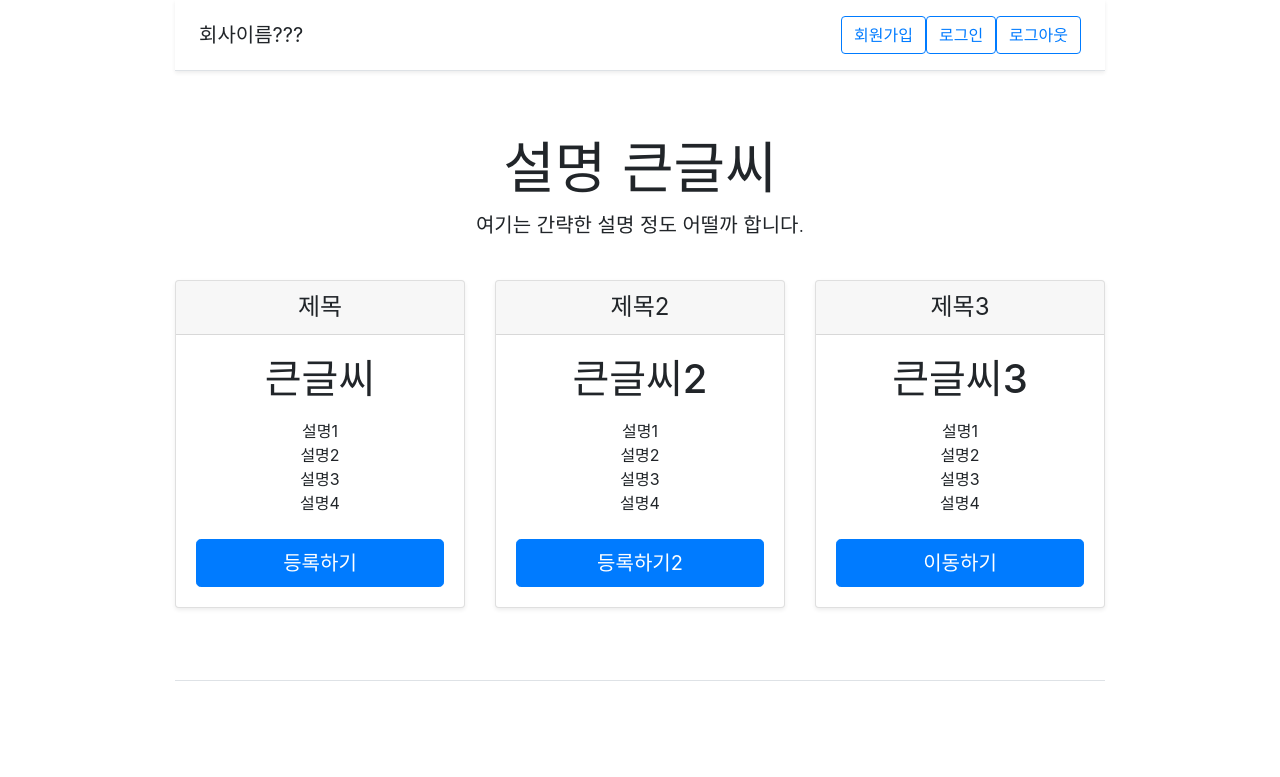
Repository: SettingRhino/innogleantmanager
Page: http://localhost/antmanager/WEB-INF/views/home.jsp
The author's editor kept a copy of each file at every save. The page is drawn from the files as they stood at one save, then again after the next save.
The browser window is 1280 px wide. The pictures show the whole page.
The page is served by Tomcat 9. Nobody is signed in. The template is opened directly, without the code that normally fills it, so the values that code supplies are empty.

Above is the page before, as saved 2020-06-09 01:59:00.

After the next save:
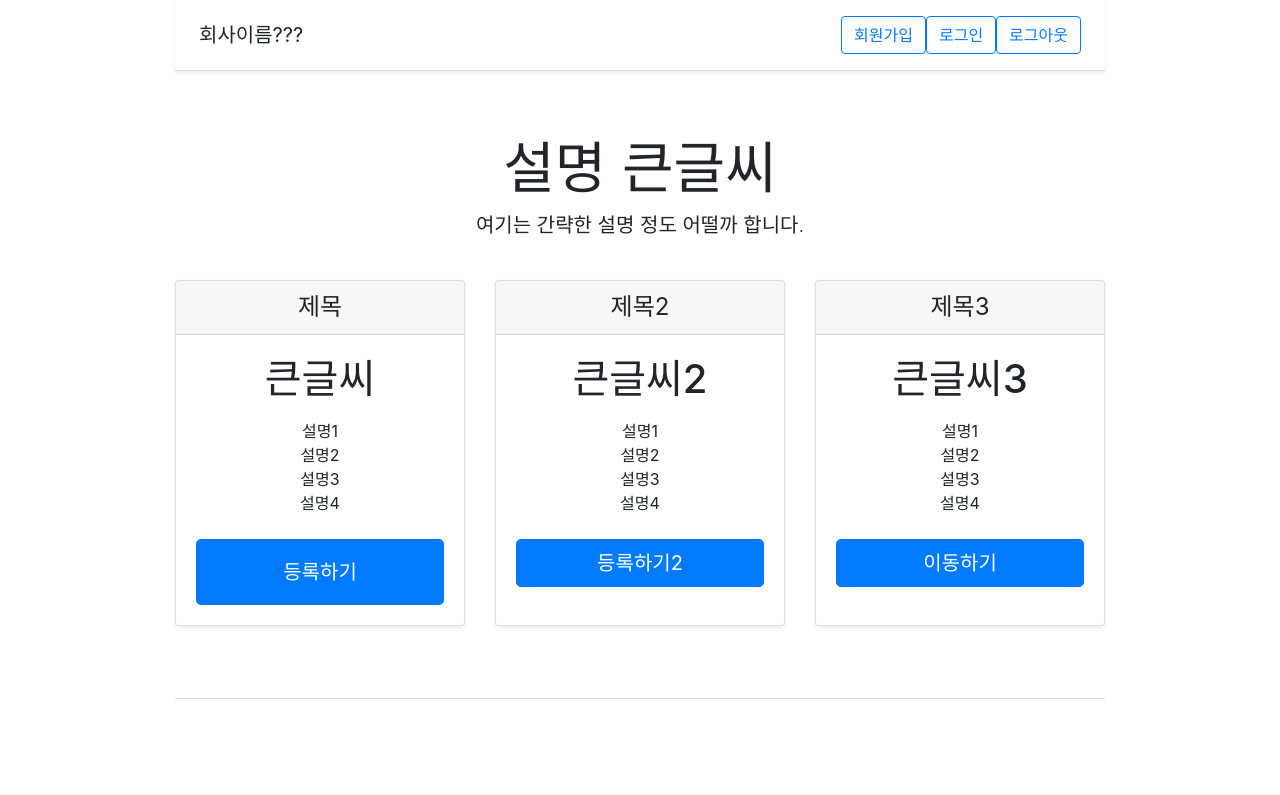
Saved 4 s later.
--- a/antmanager/src/main/webapp/WEB-INF/views/home.jsp
+++ b/antmanager/src/main/webapp/WEB-INF/views/home.jsp
@@ -74,7 +74,7 @@
           <li>설명3</li>
           <li>설명4</li>
         </ul>
-        <a class="" href="<c:url value="/diary/view"/>">
+        <a class="btn btn-lg btn-block btn-primary" href="<c:url value="/diary/view"/>">
         <button type="button" class="btn btn-lg btn-block btn-primary">등록하기</button></a>
       </div>
     </div>

After the save that followed:
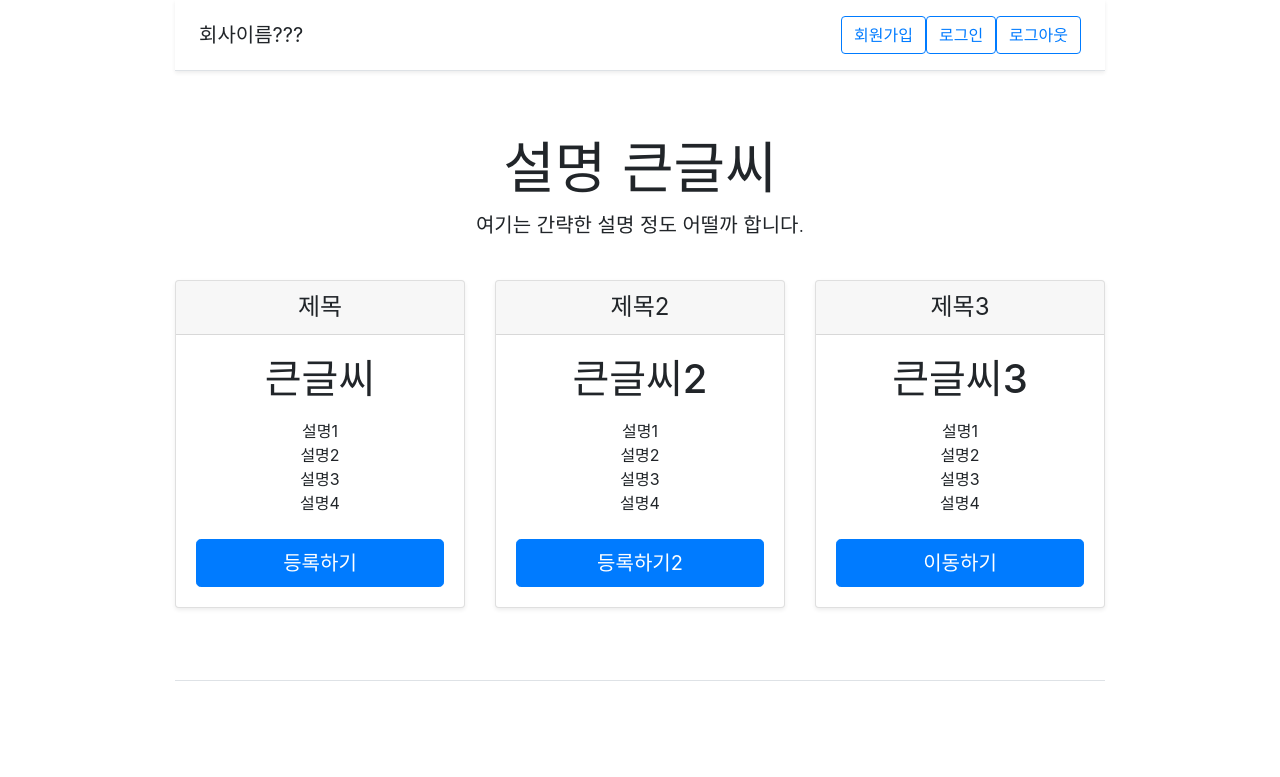
Saved 12 s later.
--- a/antmanager/src/main/webapp/WEB-INF/views/home.jsp
+++ b/antmanager/src/main/webapp/WEB-INF/views/home.jsp
@@ -74,8 +74,7 @@
           <li>설명3</li>
           <li>설명4</li>
         </ul>
-        <a class="btn btn-lg btn-block btn-primary" href="<c:url value="/diary/view"/>">
-        <button type="button" class="btn btn-lg btn-block btn-primary">등록하기</button></a>
+        <a class="btn btn-lg btn-block btn-primary" href="<c:url value="/diary/view"/>"> 등록하기</a>
       </div>
     </div>
     <div class="card mb-4 shadow-sm">
